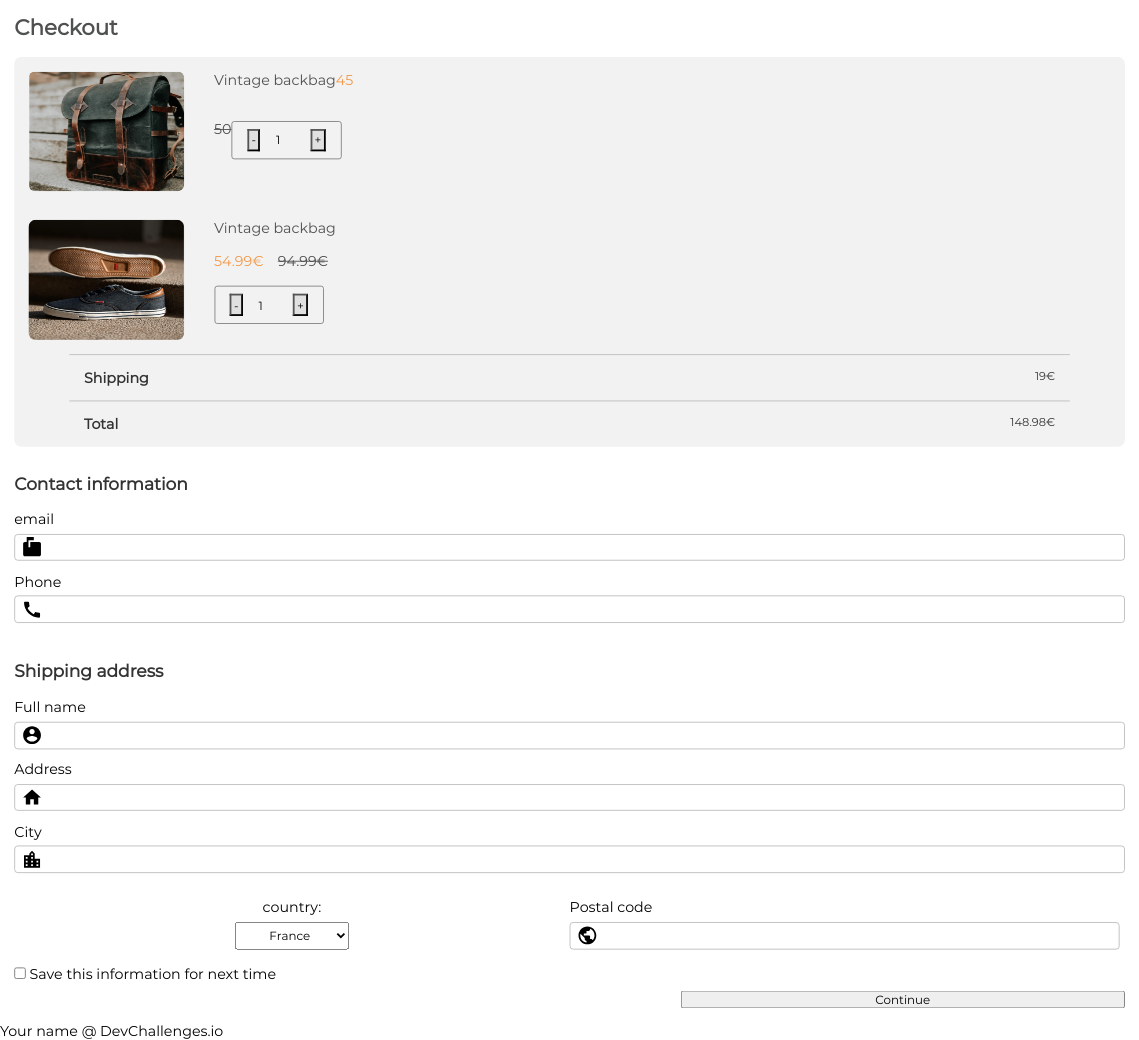
Repository: dubar-jeremy/checkout-page-master
Page: index.html
An editor plug-in stored every save of this project. The page is shown before and after the next save, followed by the edit.
The browser window is 1280 px wide. The pictures show the whole page, at 89% of full size.
The style sheet was rebuilt from its Sass, Less or Tailwind sources for each picture, by a compiler version that may differ from the author's.

Above is the page before, as saved 2021-01-31 01:43:23.

After the next save:
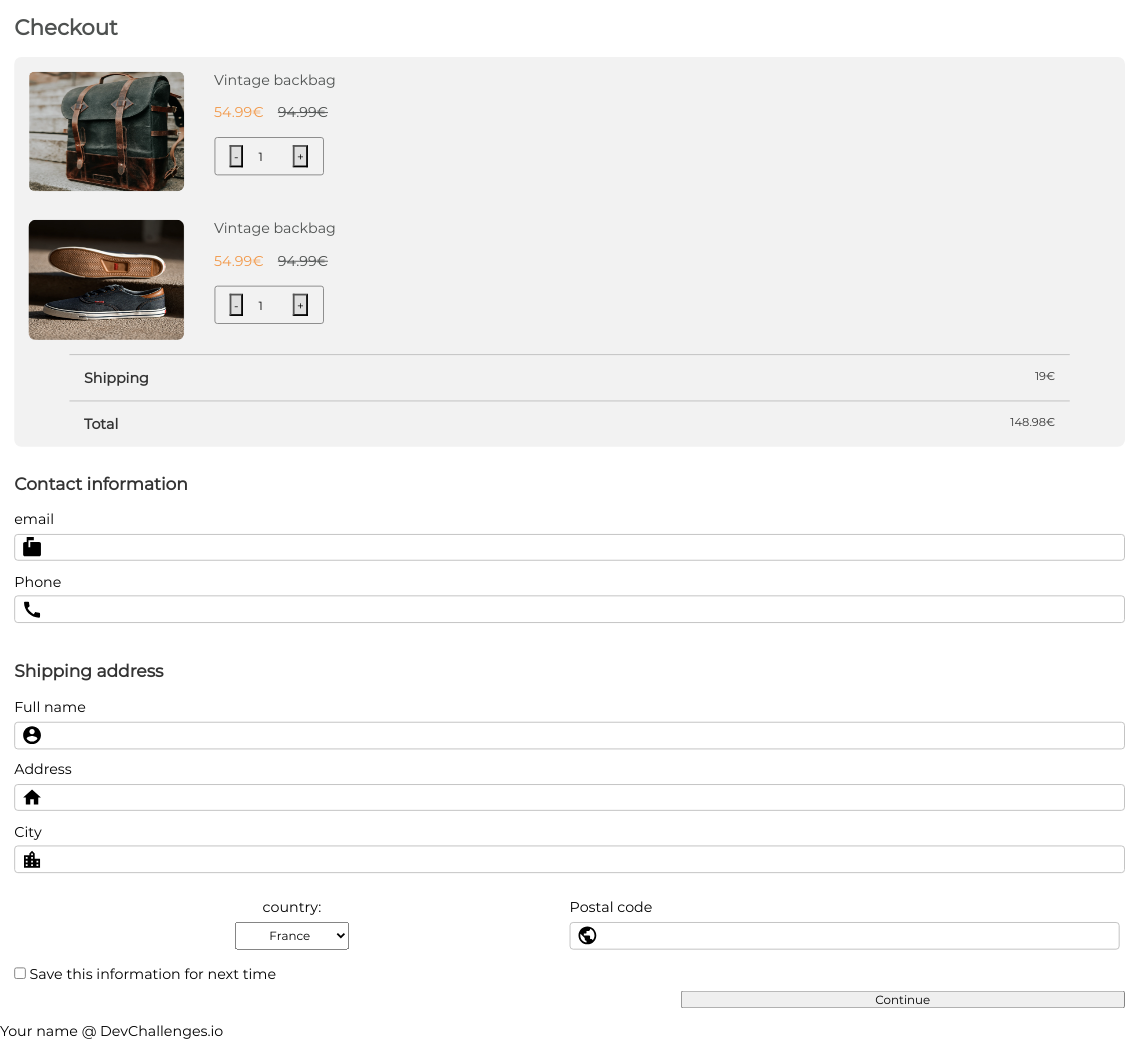
Console error: ReferenceError: Cannot access 'newPrice' before initialization
Saved 74 s later.
--- a/js/form.js
+++ b/js/form.js
@@ -13,9 +13,8 @@ window.onload = function (){
 
     let items = document.querySelector(".nbr-value").value = i;
     let qty = parseInt(items);
-    let newPrice = initialPrice * qty;
-    console.log(newPrice);
-
+    let priceBeforeDiscount = initialPrice * qty;
+    console.log(priceBeforeDiscount);
     let test = document.querySelector(".old-price").innerHTML = newPrice;
     console.log(test);
 
